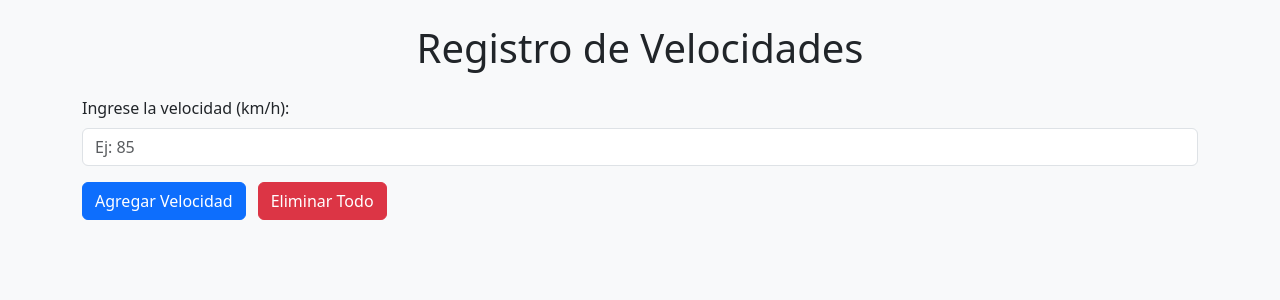
Repository: pudusito/EV2frontend
Page: index.html
The author's editor kept a copy of each file at every save. The page is drawn from the files as they stood at one save, then again after the next save.
The browser window is 1280 px wide. The pictures show the whole page.

Above is the page before, as saved 2025-07-01 19:13:29.
Console error: TypeError: Cannot read properties of null (reading 'addEventListener')

### index.html
<!DOCTYPE html>
<html lang="es">

<head>
    <meta charset="UTF-8">
    <meta name="viewport" content="width=device-width, initial-scale=1">
    <title>Registro de Velocidades</title>
    <link href="https://cdn.jsdelivr.net/npm/bootstrap@5.3.3/dist/css/bootstrap.min.css" rel="stylesheet">
    <script src="dinamico.js">defer</script>
</head>

<body class="bg-light p-4">
    <div class="container">
        <h1 class="mb-4 text-center">Registro de Velocidades</h1>

        <!-- Input velocidad -->
        <div class="mb-3">
            <label for="velocidadInput" class="form-label">Ingrese la velocidad (km/h):</label>
            <input type="number" class="form-control" id="velocidadInput" placeholder="Ej: 85">
        </div>
        <button class="btn btn-primary" onclick="agregarVelocidad()">Agregar Velocidad</button>
        <button class="btn btn-danger ms-2" data-bs-toggle="modal" data-bs-target="#modalEliminarTodo">Eliminar
            Todo</button>

        <!-- Alert última velocidad -->
        <div id="alertaVelocidad" class="alert d-none mt-4" role="alert">
            Última velocidad ingresada:
        </div>

        <!-- Lista de velocidades -->
        <ul id="listaVelocidades" class="list-group mt-3"></ul>
    </div>

    <!-- Modal de confirmación para eliminar todo -->
    <div class="modal fade

### dinamico.js
let velocidades = []; // Arreglo que guarda velocidades

const inputVelocidad = document.getElementById("velocidad");
const btnAgregar = document.getElementById("btnAgregar");
const listaVehiculos = document.getElementById("listaVehiculos");
const alertaVelocidad = document.getElementById("alertaVelocidad");

btnAgregar.addEventListener("click", agregarVelocidad);

function agregarVelocidad() {
  const valor = Number(inputVelocidad.value);

  if (inputVelocidad.value === "" || isNaN(valor)) {
    Swal.fire({
      icon: "warning",
      title: "Dato inválido",
      text: "Por favor, ingresa una velocidad válida.",
    });
    return;
  }

  velocidades.push(valor);
  mostrarVelocidades();
  mostrarUltimaVelocidad(valor);
  inputVelocidad.value = "";
  inputVelocidad.focus();
}

function mostrarVelocidades() {
  listaVehiculos.innerHTML = "";
  velocidades.forEach((vel) => {
    const li = document.createElement("li");
    li.className = "list-group-item";
    li.textContent = `${vel} km/h - ${clasificarVelocidad(vel)}`;
    listaVehiculos.appendChild(li);
  });
}

function mostrarUltimaVelocidad(valor) {
  const estado = clasificarVelocidad(valor);
  let claseColor = "";

  if (valor > 120) claseColor = "danger";
  else if (valor >= 60) claseColor = "success";
  else claseColor = "warning";

  alertaVelocidad.className = `alert alert-${claseColor} mt-4`;
  alertaVelocidad.textContent = `Última velocidad ingresada: ${valor} km/h - ${estado}`;
  alertaVelocidad.classList.remove("d-none");
}

function clasificarVelocidad(vel) {
  if (vel > 120) return "Exceso";
  if (vel >= 60) return "Normal";
  return "Baja";
}

function eliminarTodos() {
  velocidades = [];
  mostrarVelocidades();
  alertaVelocidad.className = "alert d-none mt-4";
  alertaVelocidad.textContent = "";

  const modal = bootstrap.Modal.getInstance(document.getElementById("modalEliminarTodo"));
  modal.hide();

  Swal.fire({
    icon: "success",
    title: "Registros eliminados",
    text: "Se eliminaron todas las velocidades correctamente.",
  });
}

After the next save:
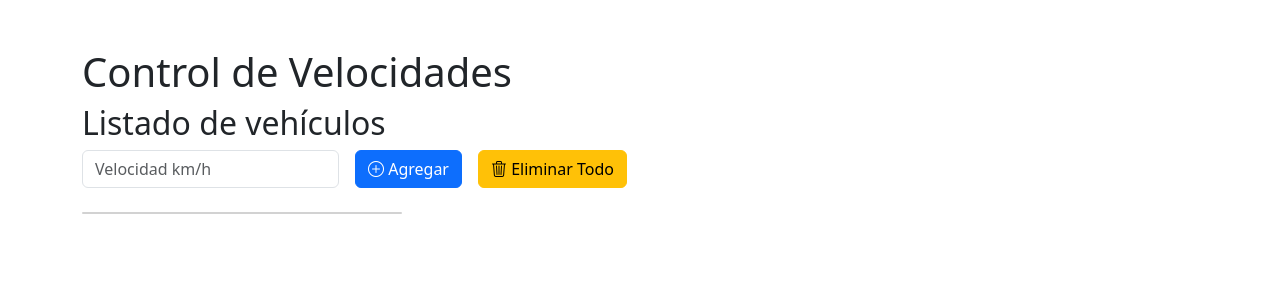
The error is gone.
Not found: js/listaVehiculos.js
Saved 2 s later.
--- a/index.html
+++ b/index.html
@@ -3,33 +3,65 @@
 
 <head>
     <meta charset="UTF-8">
-    <meta name="viewport" content="width=device-width, initial-scale=1">
-    <title>Registro de Velocidades</title>
+    <meta name="viewport" content="width=device-width, initial-scale=1.0">
+    <title>Control de Velocidades</title>
     <link href="https://cdn.jsdelivr.net/npm/bootstrap@5.3.3/dist/css/bootstrap.min.css" rel="stylesheet">
-    <script src="dinamico.js">defer</script>
+    <link rel="stylesheet" href="https://cdn.jsdelivr.net/npm/bootstrap-icons@1.11.3/font/bootstrap-icons.min.css">
+    <script src="https://cdn.jsdelivr.net/npm/sweetalert2@11"></script>
+    <script src="js/listaVehiculos.js" defer></script>
 </head>
 
-<body class="bg-light p-4">
-    <div class="container">
-        <h1 class="mb-4 text-center">Registro de Velocidades</h1>
+<body class="container mt-5">
+    <section>
+        <h1>Control de Velocidades</h1>
+        <h2>Listado de vehículos</h2>
+        <div class="row g-3">
+            <div class="col-auto">
+                <input type="number" class="form-control" id="velocidad" placeholder="Velocidad km/h">
+            </div>
+            <div class="col-auto">
+                <button id="btnAgregar" class="btn btn-primary bi bi-plus-circle"> Agregar</button>
+            </div>
+            <div class="col-auto">
+                <button id="btnEliminarTodo" class="btn btn-warning bi bi-trash3" data-bs-toggle="modal"
+                    data-bs-target="#modalEliminarTodo"> Eliminar Todo</button>
+            </div>
+        </div>
+        <br>
+    </section>
 
-        <!-- Input velocidad -->
-        <div class="mb-3">
-            <label for="velocidadInput" class="form-label">Ingrese la velocidad (km/h):</label>
-            <input type="number" class="form-control" id="velocidadInput" placeholder="Ej: 85">
+    <section>
+        <div class="card" style="width: 20rem;">
+            <ul id="listaVehiculos" class="list-group list-group-flush"></ul>
         </div>
-        <button class="btn btn-primary" onclick="agregarVelocidad()">Agregar Velocidad</button>
-        <button class="btn btn-danger ms-2" data-bs-toggle="modal" data-bs-target="#modalEliminarTodo">Eliminar
-            Todo</button>
+    </section>
 
-        <!-- Alert última velocidad -->
-        <div id="alertaVelocidad" class="alert d-none mt-4" role="alert">
-            Última velocidad ingresada:
-        </div>
-
-        <!-- Lista de velocidades -->
-        <ul id="listaVelocidades" class="list-group mt-3"></ul>
+    <div id="alertaVelocidad" class="alert d-none mt-4" role="alert">
+        Última velocidad ingresada:
     </div>
 
-    <!-- Modal de confirmación para eliminar todo -->
-    <div class="modal fade
+    <!-- Modal Eliminar Todo -->
+    <div class="modal fade" id="modalEliminarTodo" tabindex="-1" aria-labelledby="modalEliminarTodoLabel"
+        aria-hidden="true">
+        <div class="modal-dialog">
+            <div class="modal-content">
+                <div class="modal-header">
+                    <h1 class="modal-title fs-5" id="modalEliminarTodoLabel">Eliminar todos los registros</h1>
+                    <button type="button" class="btn-close" data-bs-dismiss="modal" aria-label="Cerrar"></button>
+                </div>
+                <div class="modal-body">
+                    ¿Estás seguro de que deseas eliminar <strong>todas</strong> las velocidades registradas?
+                </div>
+                <div class="modal-footer">
+                    <button type="button" class="btn btn-secondary" data-bs-dismiss="modal">Cancelar</button>
+                    <button type="button" class="btn btn-danger" onclick="eliminarTodos()">Eliminar Todo</button>
+                </div>
+            </div>
+        </div>
+    </div>
+
+    <!-- Bootstrap JS -->
+    <script src="https://cdn.jsdelivr.net/npm/bootstrap@5.3.3/dist/js/bootstrap.bundle.min.js"></script>
+</body>
+
+</html>
